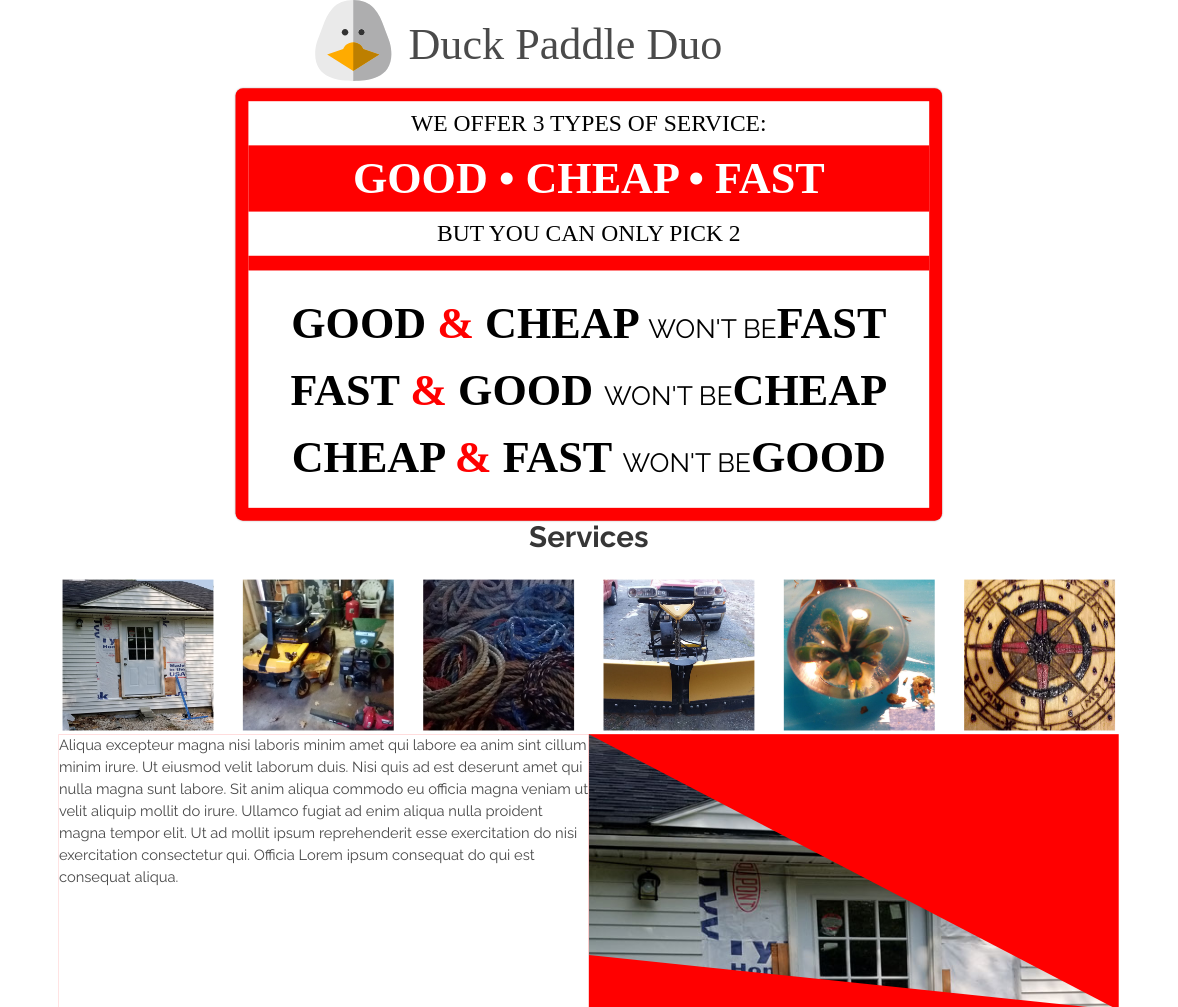
Repository: toddmcbrearty/duckpaddleduo
Page: /
These files come from the project's save history. The page is drawn as it stood at one moment and after the next save; the edit follows.
The browser window is 1280 px wide. The pictures show the whole page, at 92% of full size.
Some web fonts or font styles are not loaded; a fallback is used. The project was rebuilt for these pictures with package versions that can differ from the ones it lists, and the page was loaded fresh each time.

Above is the page before, as saved 2018-12-11 15:04:52.

After the next save:
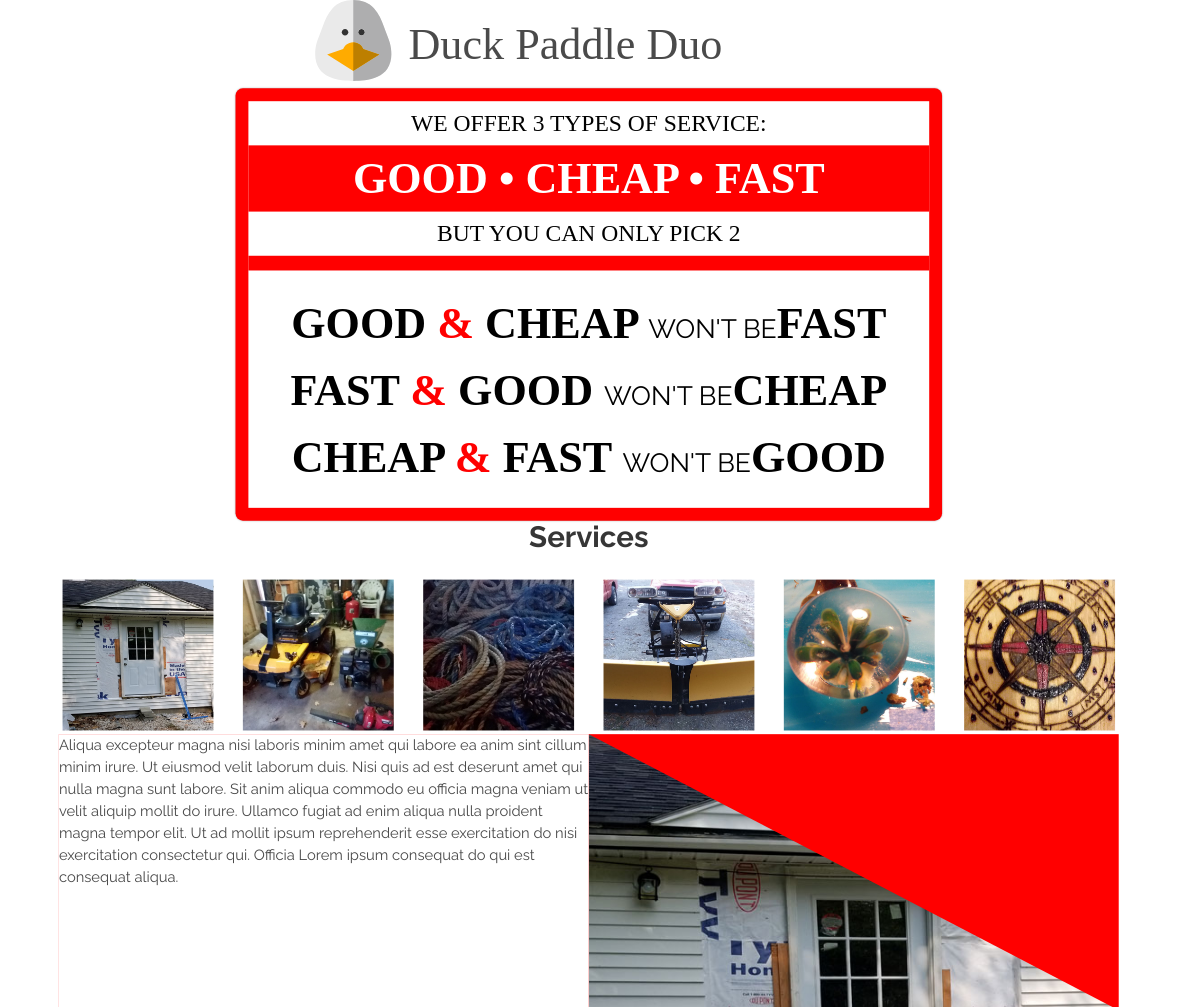
Saved 112 s later.
--- a/src/components/HeroSection.vue
+++ b/src/components/HeroSection.vue
@@ -54,7 +54,7 @@
   }
 
   .image-container {
-    clip-path: polygon(0% 80%, 100% 100%, 0% 0%);
+    clip-path: polygon(0% 100%, 100% 100%, 0% 0%);
   }
 
   .image {
